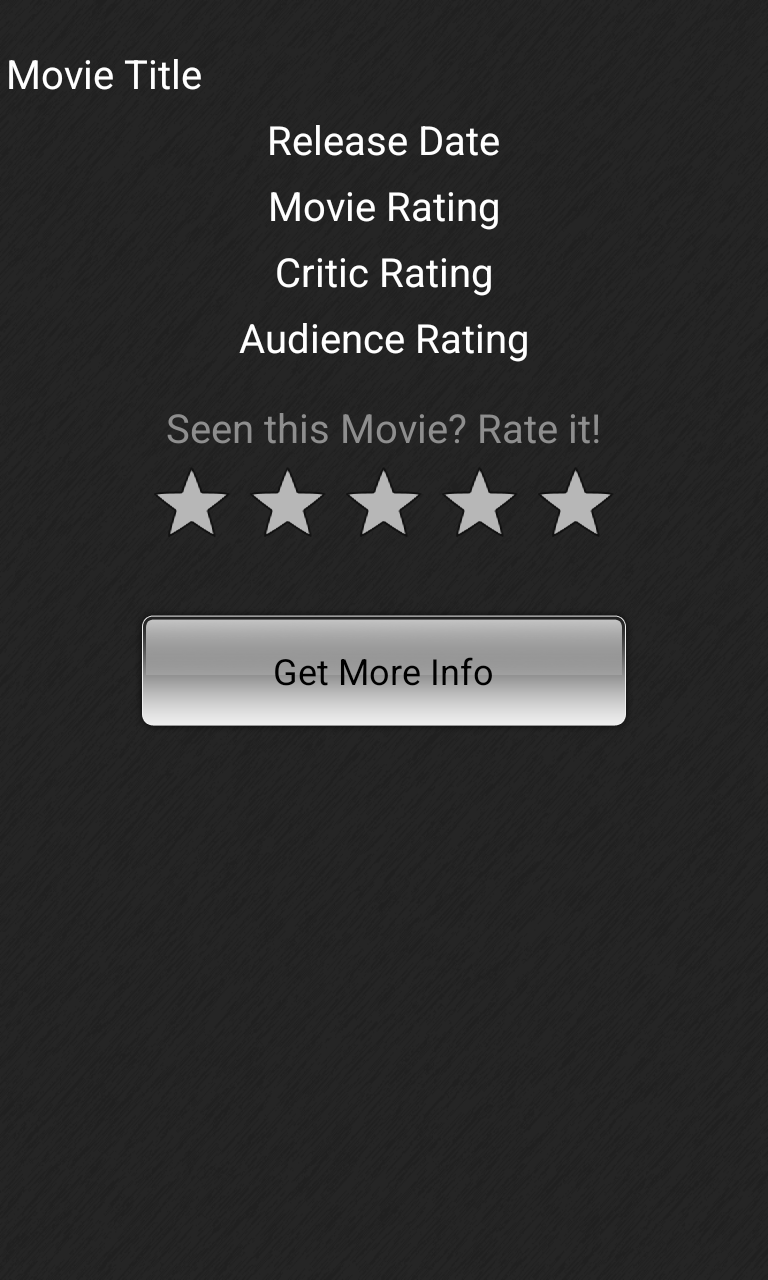
Repository: efreestone/Java2_Freestone
Layout: Java2Project3/res/layout/activity_details.xml
These files come from the project's save history. The layout is drawn as it stood at one moment and after the next save; the edit follows.
It is drawn on a 768 x 1280 px phone screen (xhdpi) without system bars, with theme AppTheme; the app's code is not run.

Above is the layout before, as saved 2014-05-22 19:10:29.

After the next save:
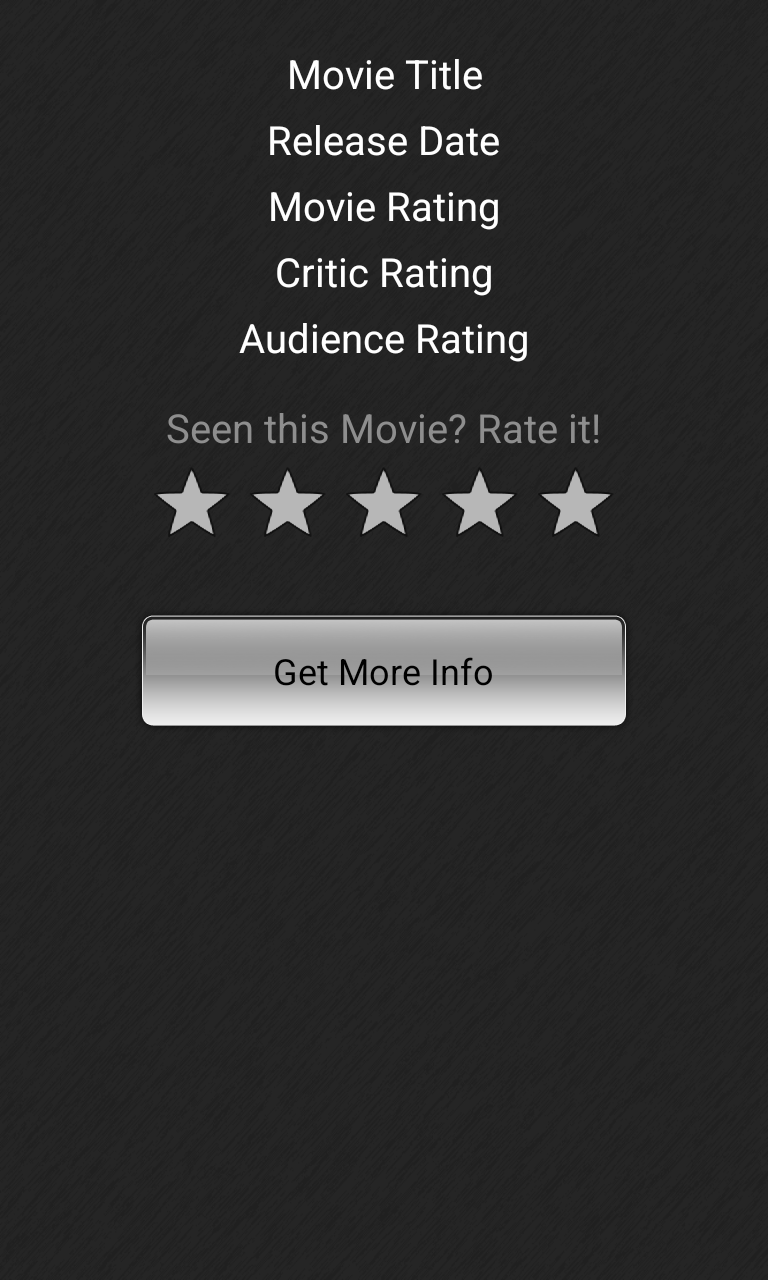
Saved 77 s later.
--- a/Java2Project3/res/layout/activity_details.xml
+++ b/Java2Project3/res/layout/activity_details.xml
@@ -9,11 +9,12 @@
 
     <TextView
         android:id="@+id/titleTextView"
-        android:layout_width="match_parent"
+        android:layout_width="wrap_content"
         android:layout_height="wrap_content"
         android:textColor="#ffffff"
         android:textSize="20sp"
         android:padding="3dp"
+        android:gravity="center"
         android:text="Movie Title" />
 
     <TextView
